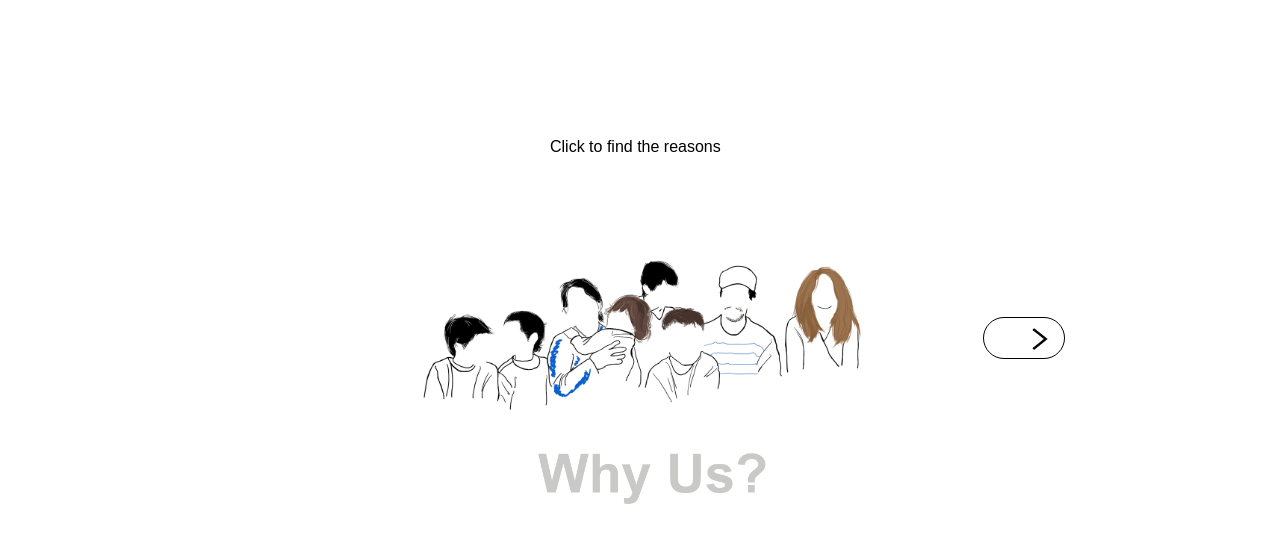
Repository: Lettie123/webpr4
Page: dis.html
An editor plug-in stored every save of this project. The page is shown before and after the next save, followed by the edit.
The browser window is 1280 px wide. The pictures show the whole page.

Above is the page before, as saved 2020-12-03 12:41:38.

After the next save:
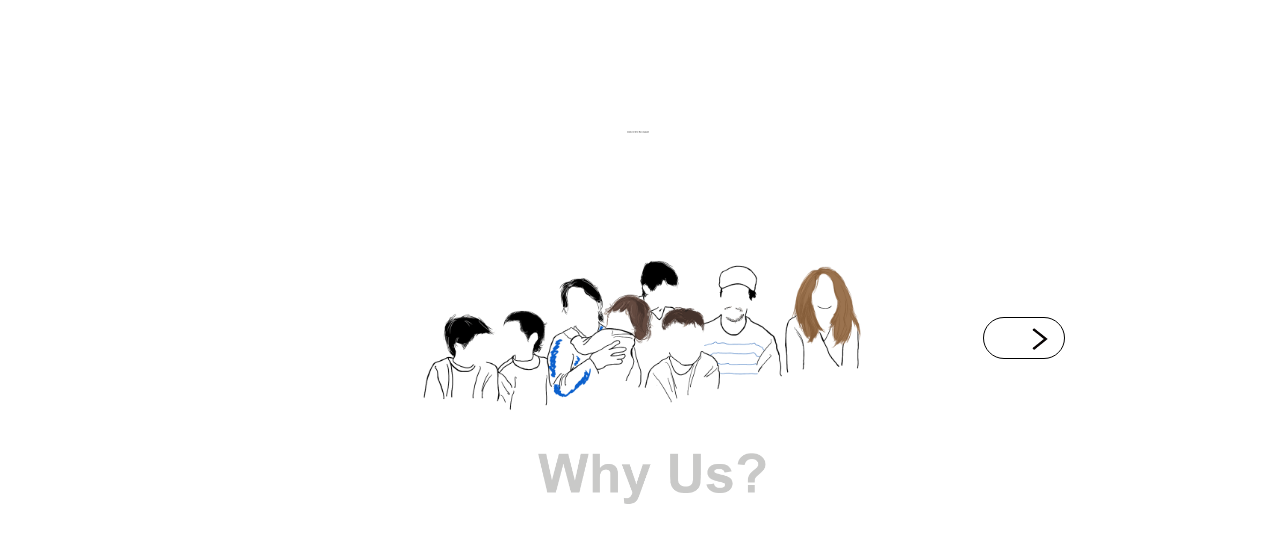
Saved 39 s later.
--- a/dis.html
+++ b/dis.html
@@ -7,10 +7,8 @@
 
 <body>
     <div id="txt0">
-        <div id="t1" style= "position:absolute; top: 0%; left: 0%;">
-        <h1 style="font-size:100%; font-weight: normal; line-height: 24px;">
-            Click to find the reasons
-        </h1>
+        <div id="t1" style= "width:12%; position:absolute; top: 17%; left: 43%;">
+            <img src="txt/find.png" style="width:100% ;position:absolute; top:0%; left:0%;" >
         </div>
     </div>
         <div id="whyusfm" style="width:35%; position:absolute; top:30%; left:0%;">
